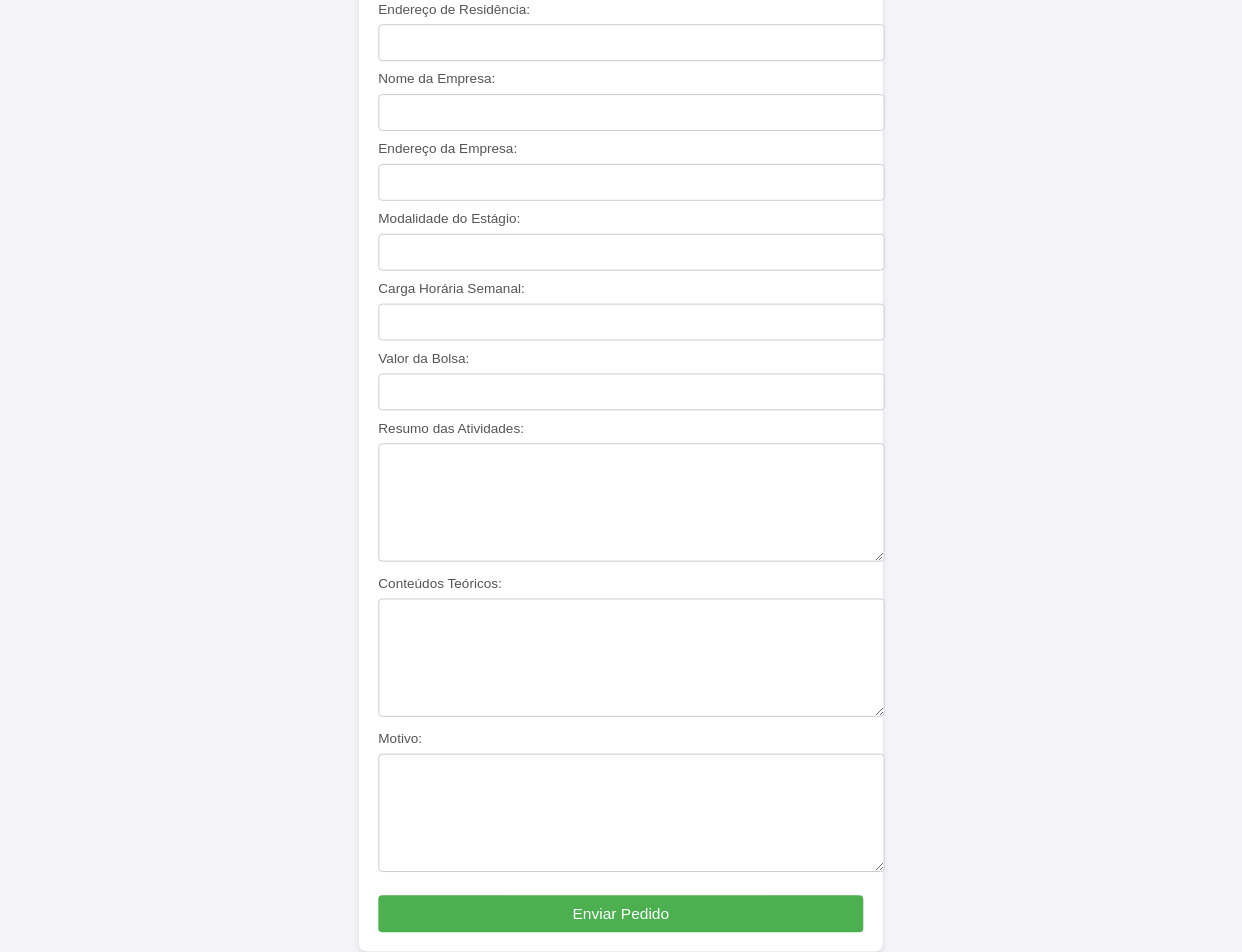
Repository: CronosUchoa/ArqSoft
Page: PedidoIntencaoNovoEstagioRTC-CS/src/main/webapp/index.html
These files come from the project's save history. The page is drawn as it stood at one moment and after the next save; the edit follows.
The browser window is 1280 px wide. The pictures show the whole page, at 97% of full size.

Above is the page before, as saved 2024-11-24 14:15:19.

After the next save:
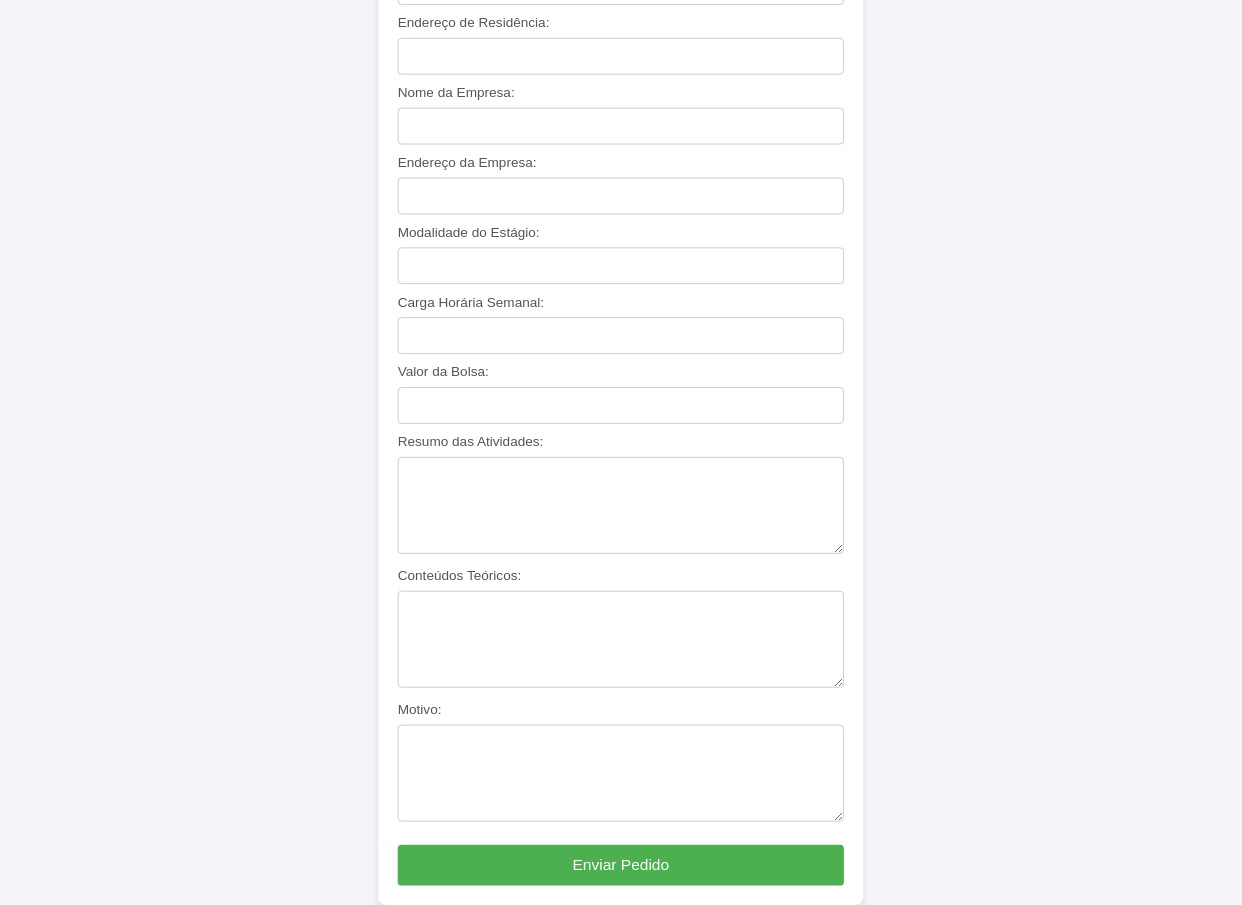
Saved 62 s later.
--- a/PedidoIntencaoNovoEstagioRTC-CS/src/main/webapp/index.html
+++ b/PedidoIntencaoNovoEstagioRTC-CS/src/main/webapp/index.html
@@ -21,10 +21,13 @@
             box-shadow: 0 4px 8px rgba(0, 0, 0, 0.1);
             width: 100%;
             max-width: 500px;
+            box-sizing: border-box;
         }
         h1 {
             text-align: center;
             color: #333;
+            font-size: 24px;
+            margin-bottom: 20px;
         }
         label {
             font-size: 14px;
@@ -39,6 +42,7 @@
             border-radius: 4px;
             border: 1px solid #ccc;
             font-size: 14px;
+            box-sizing: border-box;
         }
         textarea {
             resize: vertical;
@@ -51,6 +55,7 @@
             cursor: pointer;
             font-size: 16px;
             margin-top: 20px;
+            padding: 12px;
         }
         button:hover {
             background-color: #45a049;
@@ -59,9 +64,9 @@
 </head>
 <body>
     <form action="Controller" method="post">
-    	<br>
         <h1>Pedido de Intenção de Estágio</h1>
         <input type="hidden" name="action" value="criarPedidoIntencao">
+
         <label for="ira">IRA:</label>
         <input type="text" name="ira" id="ira" required><br>
 
